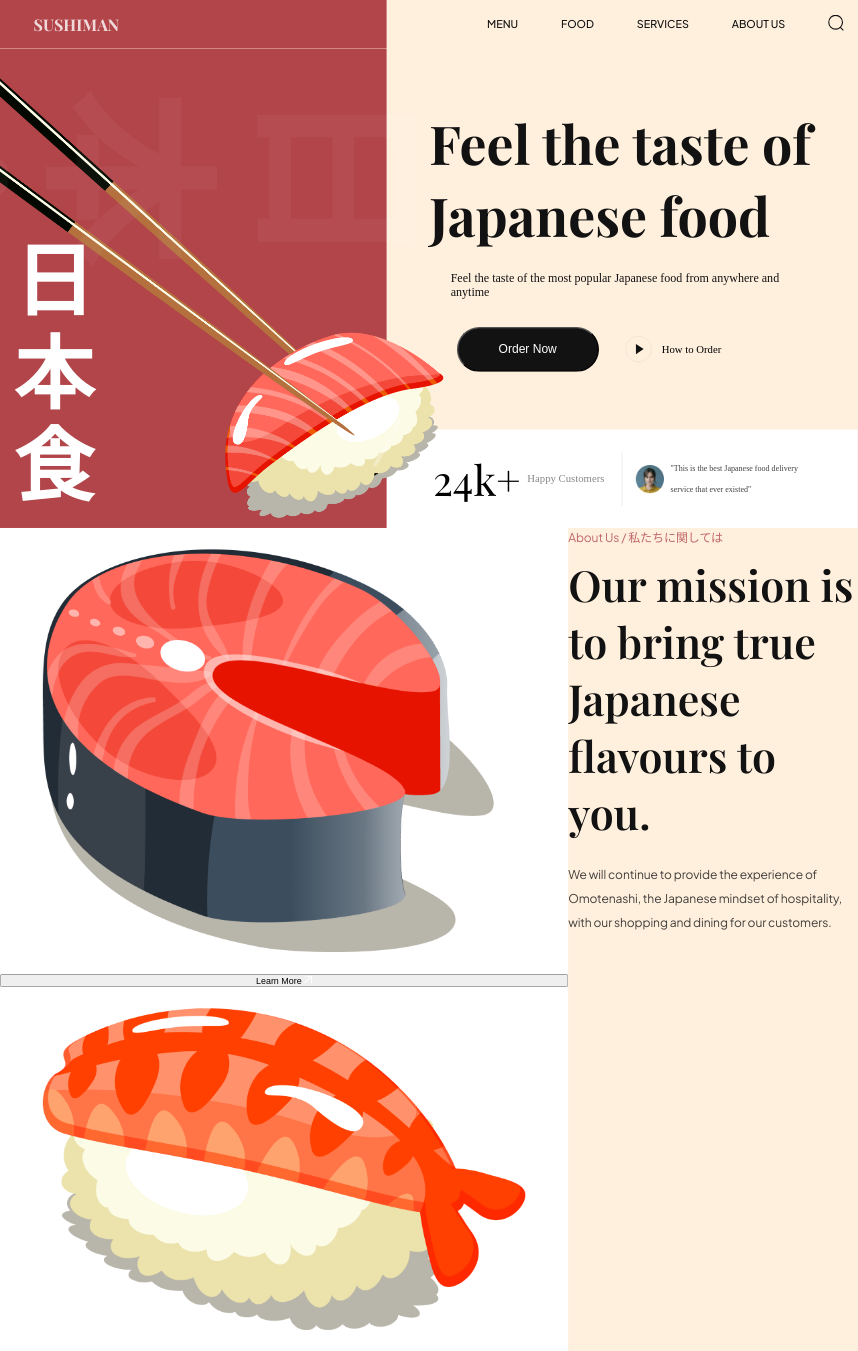
Repository: echoyol/sushiWebsite
Page: index.html
These files come from the project's save history. The page is drawn as it stood at one moment and after the next save; the edit follows.
The browser window is 1280 px wide. The pictures show the whole page, at 67% of full size.

Above is the page before, as saved 2023-06-04 14:47:21.

### index.html
<!DOCTYPE html>
<html lang="en">
  <head>
    <meta charset="UTF-8" />
    <meta
      http-equiv="X-UA-Compatible"
      content="IE=edge"
    />
    <meta
      name="viewport"
      content="width=device-width, initial-scale=1.0"
    />
    <link
      rel="icon"
      type="image/png"
      href="/public/sushi.png"
    />
    <link
      rel="stylesheet"
      href="/css/style.css"
    />
    <title>Sushiman</title>
  </head>
  <body>
    <header>
      <nav class="header_nav">
        <div class="header__logo">
          <h4>Sushiman</h4>
          <div class="header__logo-overlay"></div>
        </div>
        <ul class="header__menu">
          <li>
            <a href="#menu">Menu</a>
          </li>
          <li>
            <a href="#food">Food</a>
          </li>
          <li>
            <a href="#services">Services</a>
          </li>
          <li>
            <a href="#about-us">About Us</a>
          </li>
          <li>
            <img
              src="assets/search.svg"
              alt="search"
            />
          </li>
        </ul>
        <ul class="header__menu-mobile">
          <li>
            <img
              src="assets/menu.svg"
              alt="menu"
            />
          </li>
        </ul>
      </nav>
    </header>

    <section class="hero">
      <div class="hero-image">
        <img
          src="assets/sushi-1.png"
          alt="sushi"
        />
        <h2>
          日<br />
          本<br />
          食
        </h2>

        <div class="hero-image__overlay"></div>
      </div>

      <div class="hero-content">
        <div class="hero-content-info">
          <h1>Feel the taste of Japanese food</h1>
          <p>
            Feel the taste of the most popular Japanese food from anywhere and
            anytime
          </p>

          <div class="hero-content__buttons">
            <button class="hero-content__order-button">Order Now</button>
            <button class="hero-content__play-button">
              <img
                src="assets/play-circle.svg"
                alt="play"
              />
              How to Order
            </button>
          </div>
        </div>
        <div class="hero-content__testimonial">
          <div class="hero-content__customer flex-center">
            <h4>24<span>k+</span></h4>
            <p>Happy Customers</p>
          </div>

          <div class="hero-content__review">
            <img
              src="assets/user.png"
              alt="user"
            />
            <p>
              "This is the best Japanese food delivery service that ever
              existed"
            </p>
          </div>
        </div>
      </div>
    </section>

    <section
      class="about-us"
      id="about-us"
    >
      <div class="about-us__image">
        <div class="about-us__image-sushi3">
          <img
            src="assets/sushi-3.png"
            alt="sushi"
          />
        </div>

        <button class="about-us__button">
          Learn More

          <img
            src="assets/arrow-up-right.svg"
            alt="learn more"
          />
        </button>

        <div class="about-us__image-sushi2">
          <img
            src="assets/sushi-2.png"
            alt="sushi"
          />
        </div>
      </div>

      <div class="about-us__content">
        <p class="sushi__subtitle">About Us / 私たちに関しては</p>
        <h3 class="sushi__title">
          Our mission is to bring true Japanese flavours to you.
        </h3>
        <p class="sushi__description">
          We will continue to provide the experience of Omotenashi, the Japanese
          mindset of hospitality, with our shopping and dining for our
          customers.
        </p>
      </div>
    </section>
    <script
      src="js/script.js"
      type="module"
    ></script>
  </body>
</html>

### css/style.css
@import url('https://fonts.googleapis.com/css2?family=Playfair+Display:wght@400;500;600;700;800;900&display=swap');
@import url('https://fonts.googleapis.com/css2?family=Plus+Jakarta+Sans:wght@200;300;400;500;600;700;800&display=swap');

/* other css file imports */
@import url('sections/header.css');
@import url('sections/hero.css');
@import url('sections/about.css');
@import url('sections/popular.css');
@import url('sections/trending.css');
@import url('sections/subscribe.css');
@import url('sections/footer.css');

/* CSS variables for reusablity across all files (including above imported) */
:root {
  --playfair-display: 'Playfair Display', serif;
  --plus-jakarta-sans: 'Plus Jakarta Sans', sans-serif;

  --primary-color: #b1454a;
  --secondary-color: #121212;

  --black-200: #020202;
  --black-300: #333333;
  --black-400: #1f1e31;
  --black-500: #555555;
  --gray-100: #888888;

  --color-white: #fff;
  --color-creamson: #fff0de;
}

* {
  margin: 0;
  padding: 0;
  box-sizing: border-box;
  scroll-behavior: smooth;
}

body {
  max-width: 1280px;
  margin: 0 auto;
  background-color: var(--color-creamson);
}

a {
  text-decoration: none;
  color: inherit;
}

.flex-center {
  display: flex;
  justify-content: center;
  align-items: center;
}

.flex-between {
  display: flex;
  justify-content: space-between;
  align-items: center;
}

.sushi__subtitle {
  font-size: 18px;
  font-weight: 400;
  font-family: var(--plus-jakarta-sans);

  color: var(--primary-color);
  opacity: 0.8;

  letter-spacing: -0.01em;
}

.sushi__title {
  font-size: 64px;
  font-weight: 600;
  font-family: var(--playfair-display);

  color: var(--secondary-color);

  margin-top: 16px;
}

.sushi__description {
  font-size: 18px;
  font-weight: 400;
  font-family: var(--plus-jakarta-sans);

  line-height: 36px;
  letter-spacing: -0.01em;

  color: var(--secondary-color);
  opacity: 0.8;

  margin: 32px 0px;
}

/* Hide scrollbar for Chrome, Safari and Opera */
.sushi__hide-scrollbar::-webkit-scrollbar {
  display: none;
}

/* Hide scrollbar for IE, Edge and Firefox */
.sushi__hide-scrollbar {
  -ms-overflow-style: none; /* IE and Edge */
  scrollbar-width: none; /* Firefox */
}

/* START: about us media queries */
@media screen and (max-width: 1024px) {
  .about-us {
    flex-direction: column;
  }

  .about-us__image {
    flex-direction: row;
  }

  .about-us__image-sushi3 {
    border-bottom: none;
    border-right: 8px solid var(--color-creamson);
  }

  .about-us__button {
    display: none;
  }
}

@media screen and (max-width: 750px) {
  .about-us__image {
    flex-direction: column;
  }

  .about-us__image-sushi3 {
    border-bottom: 8px solid var(--color-creamson);
    border-right: none;
  }

  .about-us__button {
    display: block;
    top: 47%;
  }
}

@media screen and (max-width: 550px) {
  .about-us__image-sushi2 img,
  .about-us__image-sushi3 img {
    width: 50%;
    height: 160px;

    object-fit: contain;
  }

  .about-us__image div {
    padding: 32px;
  }

  .about-us__button {
    top: 44%;
  }

  .about-us__content {
    padding: 32px;
  }
}
/* END: about us media queries */

/* START: header media querie */
@media screen and (max-width: 900px) {
  .header__nav {
    background: var(--primary-color);
  }

  .header__menu {
    display: none;
  }

  .header__menu-mobile {
    display: flex;
  }
}

@media screen and (max-width: 550px) {
  .header__logo {
    padding-left: 0;
  }
}
/* END: header media queries */

/* START: hero media queries */
@media screen and (max-width: 1060px) {
  .hero {
    flex-direction: column;
  }

  .hero-image img {
    width: 100%;

    transform: matrix(1, 0.05, 0, 1.25, 0, 0) !important;
  }
}

@media screen and (max-width: 750px) {
  .hero-image h2 {
    font-size: 70px;
    line-height: 90px;
  }
}

@media screen and (max-width: 550px) {
  .hero-image h2 {
    font-size: 40px;
    line-height: 60px;
  }

  .hero-content-info {
    padding: 32px;
  }

  .hero-content-info h1 {
    font-size: 60px;
  }

  .hero-content-info p {
    margin: 32px 0;
  }

  .hero-content__buttons {
    margin: 41px 0;
  }

  .hero-content__testimonial {
    padding: 32px;
  }
}
/* END: hero media queries */

/* START: popular media queries */
@media screen and (max-width: 550px) {
  .popular-foods {
    padding: 64px 32px;
  }

  .popular-foods__card,
  .popular-foods__card.active-card {
    min-width: 100%;
  }
}
/* END: popular media queries */

/* START: subscribe media queries */
@media screen and (max-width: 550px) {
  .subscription {
    padding: 64px 32px;
  }

  .subscription h2 {
    font-size: 68px;
    line-height: 100px;
  }

  .subscription__form {
    flex-direction: column;
    gap: 20px;

    min-width: 100%;
    border-radius: 20px;
    padding: 0;

    border: none;
  }

  .subscription__form input {
    min-height: 50px;

    border: 1px solid rgba(255, 255, 255, 0.5);
    padding: 10px 20px;
    border-radius: 30px;
  }

  .subscription__form button {
    min-width: 100%;
  }
}
/* END: subscribe media queries */

/* START: trending media queries */
@media screen and (max-width: 1024px) {
  .trending-sushi {
    flex-direction: column;
  }

  .trending-drink {
    flex-direction: column-reverse;
  }

  .trending__image {
    width: 100%;
    background-size: cover;
  }

  .trending__discover {
    display: none;
  }

  .trending__arrow {
    display: none;
  }
}

@media screen and (max-width: 550px) {
  .trending__image img {
    width: 70%;
    height: 70%;
  }

  .trending__content {
    padding: 32px;
  }
}
/* END: trending media queries */

### js/script.js
// import AOS from 'aos'
// import 'aos/dist/aos.css'

// // init AOS animation
// AOS.init({
//   duration: 1000,
//   offset: 100,
// })

### css/sections/header.css
.header_nav {
  display: flex;
  overflow: hidden;
}

.header__logo {
  flex: 1;
  display: flex;
  position: relative;
  padding: 20px;
}

.header__logo-overlay {
  position: absolute;
  inset: 0;
  width: 100%;
  background-color: var(--primary-color);
  z-index: -1;
}

.header__logo h4 {
  padding-left: 30px;
  font-weight: 700;
  font-size: 24px;
  text-transform: uppercase;
  font-family: var(--playfair-display);
  color: #fff;
  opacity: 0.8;
}

.header__menu,
.header__menu-mobile {
  padding: 20px;
  flex: 1.236;
  display: flex;
  align-items: center;
  justify-content: flex-end;
  gap: 64px;

  list-style: none;
}

.header__menu li {
  font-weight: 500;
  font-family: var(--plus-jakarta-sans);
  color: var(--secondary-color);
  font-size: 16px;
  text-transform: uppercase;
  line-height: 20px;
  cursor: pointer;
}

.header__menu li img {
  width: 24px;
  height: 24px;
  object-fit: contain;
}

.header__menu-mobile {
  display: none;
  gap: 20px;
  position: relative;
}

### css/sections/hero.css
.hero {
  display: flex;
  min-height: calc(100vh-74px);
  overflow: hidden;
}

.hero-image {
  flex: 1;
  display: flex;
  flex-direction: column;
  position: relative;
  z-index: 5;
}

.hero-image img {
  width: 120%;
  height: 100%;
  object-fit: contain;
}

.hero-image__overlay {
  position: absolute;
  inset: 0;
  width: 100%;
  background-color: var(--primary-color);
  z-index: -1;
}

.hero-image h2 {
  position: absolute;
  bottom: 0;
  padding: 20px;
  font-family: var(--playfair-diaplay);
  font-weight: 700;
  font-size: 120px;
  line-height: 138px;
  color: #fff;
}

.hero-content {
  flex: 1.22;
  display: flex;
  justify-content: space-between;
  flex-direction: column;
}

.hero-content-info {
  padding: 64px;
  flex: 1;
  display: flex;
  justify-content: center;
  flex-direction: column;
}

.hero-content-info h1 {
  font-size: 80px;
  font-weight: 600px;
  font-family: var(--playfair-display);
  color: var(--secondary-color);
}

.hero-content-info p {
  margin: 32px 0 0 32px;
  font-family: var(--plus-jakarta-sana);
  color: var(--secondary-color);
  font-size: 18px;
  font-weight: 400;
}

.hero-content__buttons {
  margin: 41px 0 0 41px;
  display: flex;
  flex-wrap: wrap;
  gap: 36px;
}

.hero-content__order-button {
  padding: 20px;
  border-radius: 36px;
  min-width: 212px;
  outline: none;
  background-color: var(--secondary-color);
  cursor: pointer;
  color: #fff;
  font-weight: 500;
  font-size: 18px;
  line-height: 23px;
}

.hero-content__play-button {
  border: none;
  outline: none;
  background: transparent;

  display: flex;
  align-items: center;

  font-size: 16px;
  line-height: 19px;
  color: var(--black-200);
  font-family: var(--plus-jakarta-sana);

  cursor: pointer;
}

.hero-content__play-button img {
  margin-right: 12px;

  width: 46px;
  height: 46px;
  object-fit: contain;
}

.hero-content__testimonial {
  padding: 32px 64px;

  display: flex;
  flex-wrap: wrap;
  gap: 20px;

  background: var(--color-white);
}

.hero-content__customer {
  flex: 1;
  gap: 10px;
}

.hero-content__customer h4 {
  font-size: 62px;
  font-weight: 400;
  font-family: var(--playfair-display);
}

.hero-content__customer p {
  font-size: 16px;
  font-weight: 400;
  font-family: var(--plus-jakarta-sana);
  color: var(--secondary-color);
  opacity: 0.5;
}

.hero-content__review {
  flex: 1;
  display: flex;
  align-items: center;
  gap: 10px;

  padding-left: 20px;
  border-left: 1px solid rgba(2, 2, 2, 0.1);
  min-width: 200px;
}
.hero-content__review img {
  width: 42px;
  height: 42px;
  object-fit: contain;
}

.hero-content__review p {
  font-size: 12px;
  font-weight: 400;
  line-height: 32px;
  font-family: var(--plus-jakarta-sana);
  color: var(--secondary-color);
  opacity: 0.8;
}

### css/sections/about.css
.about-us {
  display: flex;
  min-height: 720px;
  overflow: hidden;
}

.about-us__image {
  flex: 1;
  display: flex;
  flex-direction: column;
  justify-content: center;

  background: var(--color-white);

  position: relative;
}

.about-us__image div {
  padding: 32px 64px;

  flex: 1;
  display: flex;
  align-items: center;

  background-position: center;
  background-repeat: no-repeat;
  background-size: contain;
}

Loaded but not shown: css/sections/popular.css (no stored copy; drawn as an empty file); css/sections/trending.css (no stored copy; drawn as an empty file); css/sections/subscribe.css (no stored copy; drawn as an empty file); css/sections/footer.css (no stored copy; drawn as an empty file)

After the next save:
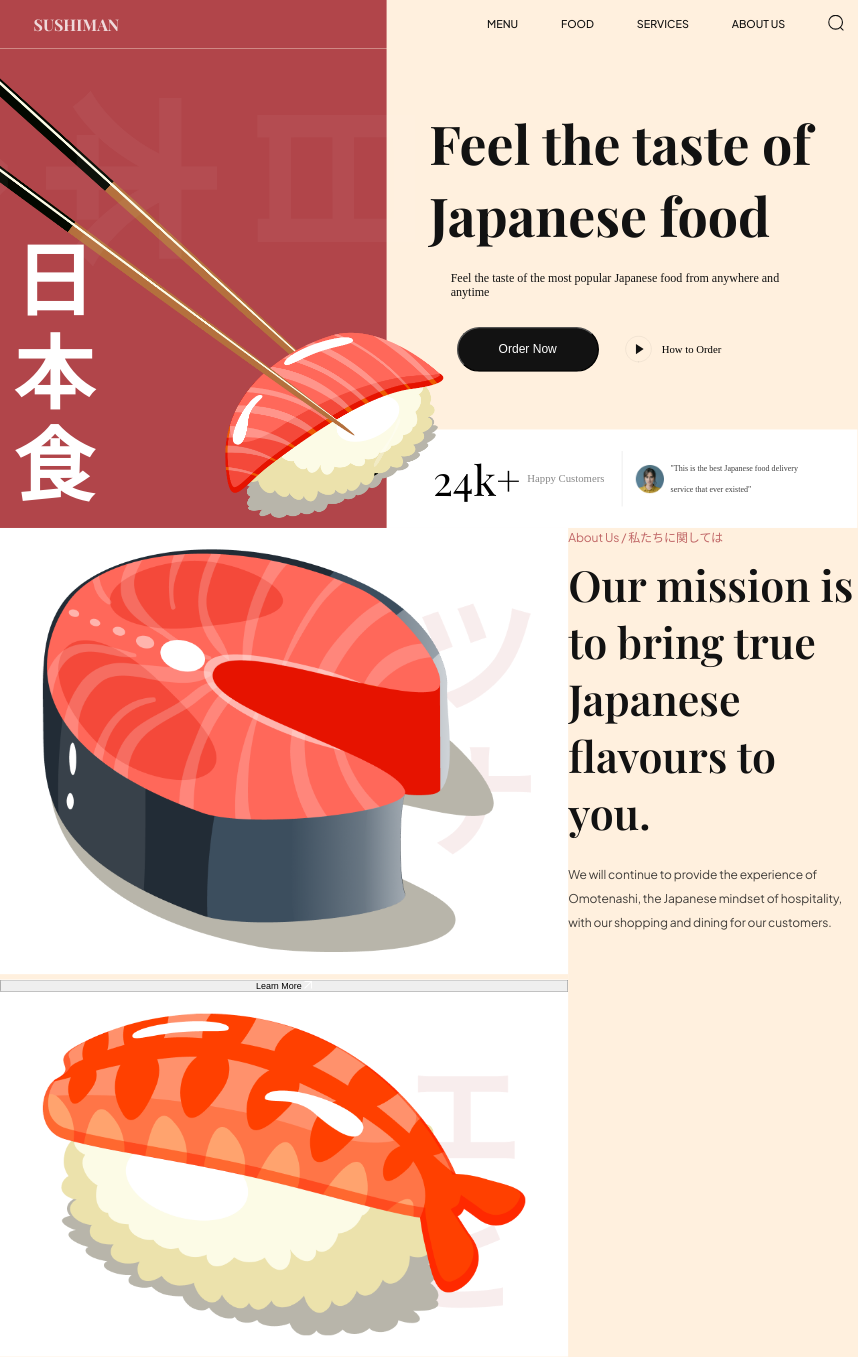
Saved 7 min 47 s later.
--- a/css/sections/about.css
+++ b/css/sections/about.css
@@ -26,3 +26,13 @@
   background-repeat: no-repeat;
   background-size: contain;
 }
+
+.about-us__image-sushi3 {
+  border-bottom: 8px solid var(--color-creamson);
+
+  background-image: url('../../assets/about_bg1.png');
+}
+
+.about-us__image-sushi2 {
+  background-image: url('../../assets/about_bg2.png');
+}
